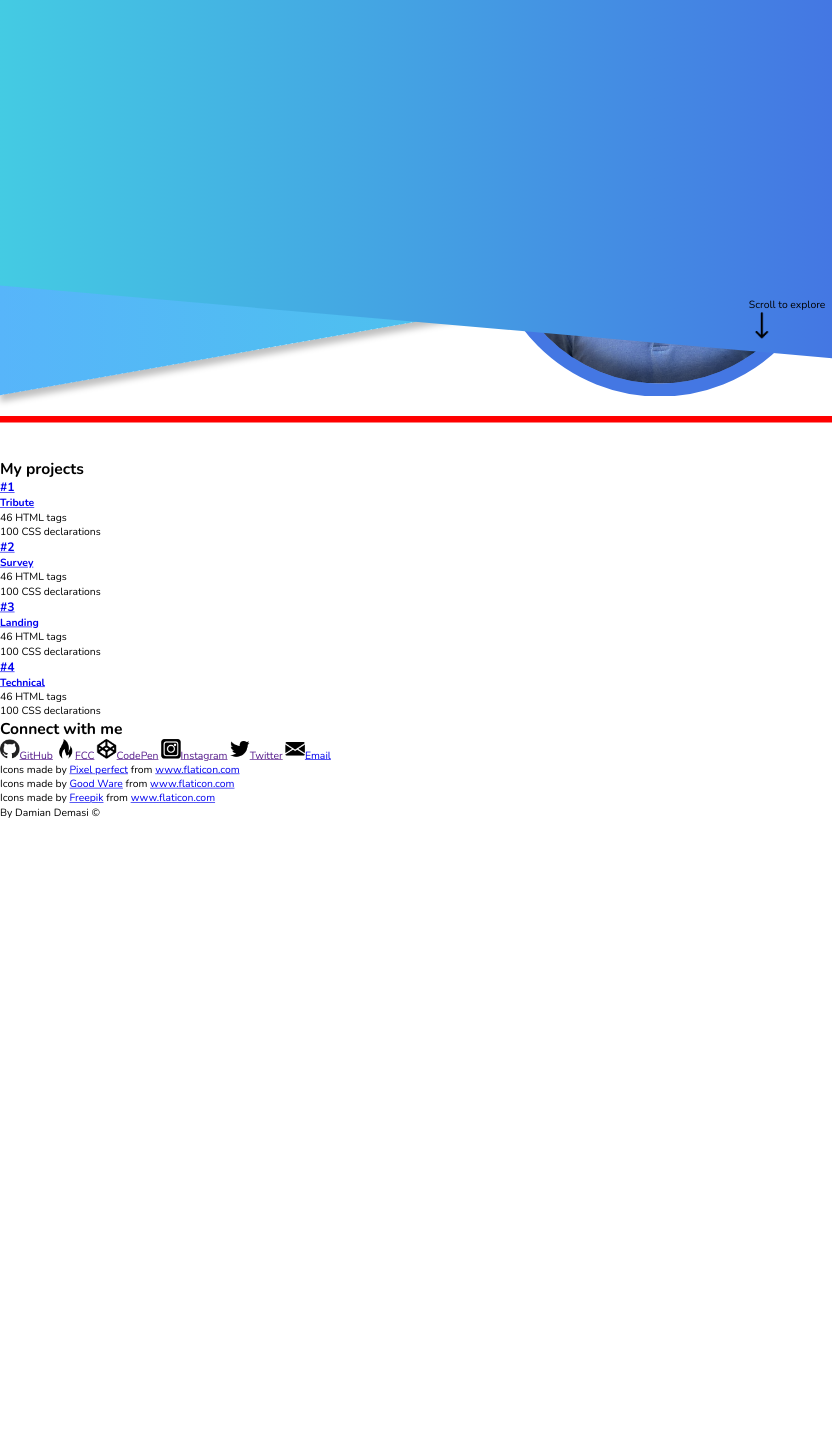
Repository: Colo-Codes/freecodecamp-05-Personal-Portfolio-Webpage
Page: index.html
The author's editor kept a copy of each file at every save. The page is drawn from the files as they stood at one save, then again after a run of saves.
The browser window is 1280 px wide. The pictures show the whole page, at 65% of full size.

Above is the page before, as saved 2021-06-03 14:16:10.

### index.html
<!DOCTYPE html>
<html lang="en">
<head>
    <meta charset="UTF-8">
    <meta http-equiv="X-UA-Compatible" content="IE=edge">
    <meta name="viewport" content="width=device-width, initial-scale=1.0">
    <link rel="preconnect" href="https://fonts.gstatic.com">
    <link href="https://fonts.googleapis.com/css2?family=Nunito:wght@300;400;700&display=swap" rel="stylesheet">
    <link rel="stylesheet" href="./css/index.css">
    <title>Personal Portfolio Webpage</title>
</head>
<body>
    <header>
        <navbar id="navbar">
            <div id="navbar-container">
                <ul id="navbar-flex-container">
                    <li class="navbar-flex-item">Hi!</li>
                    <li class="navbar-flex-item">Projects</li>
                    <li class="navbar-flex-item">Contact</li>
                </ul>
            </div>
        </navbar>
    </header>

    <section id="welcome-section">
            <div id="welcome-section-container">
                    <div id="hero-img" role="img" aria-label="Damian's profile picture: he has a hat, beard, and he is looking left while standing on a green field."></div>
                <div id="hero-text-container">
                    <h1>Hi, I'm <strong>Damian</strong></h1>
                    <p>a <strong>web developer</strong> located in Australia</p>
                </div>
            </div>
            <div id="top-layer"></div>
            <div id="bottom-layer">
                <div id="scroll-to-explore">
                    <p>Scroll to explore</p>
                    <img src="./img/down-arrow.png" alt="Arrow pointing down." height="40px">
                </div>
            </div>
    </section>

    <section id="projects">
        <h2>My projects</h2>

        <div class="project-card">
            <div class="project-tile">
                <a href="#project1"><h3>#1</h3><h4>Tribute</h4></a>
            </div>
            <p>46 HTML tags</p>
            <p>100 CSS declarations</p>
        </div>

        <div class="project-card">
            <div class="project-tile">
                <a href="#project1"><h3>#2</h3><h4>Survey</h4></a>
            </div>
            <p>46 HTML tags</p>
            <p>100 CSS declarations</p>
        </div>

        <div class="project-card">
            <div class="project-tile">
                <a href="#project1"><h3>#3</h3><h4>Landing</h4></a>
            </div>
            <p>46 HTML tags</p>
            <p>100 CSS declarations</p>
        </div>

        <div class="project-card">
            <div class="project-tile">
                <a href="#project1"><h3>#4</h3><h4>Technical</h4></a>
            </div>
            <p>46 HTML tags</p>
            <p>100 CSS declarations</p>
        </div>

    </section>

    <section id="contact">
        <h2>Connect with me</h2>
        <a href="" id="profile-link" target="_blank"><img src="./img/github.png" width="30px">GitHub</a>
        <a href="" id="profile-link-fcc" target="_blank"><img src="./img/fire.png" width="30px">FCC</a>
        <a href="" id="profile-link-codepen" target="_blank"><img src="./img/3d-outlined-shape.png" width="30px">CodePen</a>
        <a href="" id="profile-link-instagram" target="_blank"><img src="./img/instagram.png" width="30px">Instagram</a>
        <a href="" id="profile-link-twitter" target="_blank"><img src="./img/twitter.png" width="30px">Twitter</a>
        <a href="mailto:damian.demasi.1@gmail.com" id="profile-link-email" target="_blank"><img src="./img/email.png" width="30px">Email</a>
    </section>

    <footer>
        <div>Icons made by <a href="https://www.flaticon.com/authors/pixel-perfect" title="Pixel perfect">Pixel perfect</a> from <a href="https://www.flaticon.com/" title="Flaticon">www.flaticon.com</a></div>
        <div>Icons made by <a href="https://www.flaticon.com/authors/good-ware" title="Good Ware">Good Ware</a> from <a href="https://www.flaticon.com/" title="Flaticon">www.flaticon.com</a></div>
        <div>Icons made by <a href="https://www.freepik.com" title="Freepik">Freepik</a> from <a href="https://www.flaticon.com/" title="Flaticon">www.flaticon.com</a></div>
        <p>By Damian Demasi &copy;</p>
    </footer>
</body>
</html>

### css/index.css
/* @media */

/* The height of the welcome section should be equal to the height of the viewport. */

/* The navbar should always be at the top of the viewport. */

/* Border-box and font-size */
html {
    box-sizing: border-box;
    font-size: 16px;
}
body {
    font-family: 'Nunito', sans-serif;
}

/* Reset margins and set global values */

*, *::before, *::after {
    box-sizing: inherit;
    margin: 0;
    padding: 0;
}

/* Navbar */

#navbar {
    display: block;
    background-color: #4477E3;
    /* 1rem = 16px -> 18.75rem = 300px */
    height: 18.75rem;
    width: 100%;
    transform: skewY(5deg) translateY(-10rem);
    position: fixed;
    z-index: 4;
}
#navbar-container {
    max-width: 90rem;
    margin: auto;
}

#navbar-flex-container {
    display: flex;
    /* align-items: center; */
    /* justify-content: space-around; */
    height: 100%;
    transform: skewY(-5deg) translateY(5rem);
    z-index: 4;
}
.navbar-flex-item {
    list-style: none;
    margin: 6rem 0 0 8rem;
    font-style: normal;
    font-weight: bold;
    font-size: 1.125rem;
    text-transform: uppercase;
    color: white;
}

/* Hero */

#welcome-section-container {
    /* 1440px = 90rem */
    max-width: 90rem;
    height: 40rem;
    margin: auto;
    outline: 10px solid red;
    position: relative;
}

#hero-text-container h1 {
    padding-top: 17rem;
    margin-left: 8rem;
    font-size: 4.5rem;
    font-weight: 300;
    color: white;
}

#hero-text-container > p:last-of-type {
    margin: 20rem 0 0 8rem;
    font-size: 1.125rem;
    color: white;
    font-weight: 300;
}

#hero-text-container > img:last-of-type {
    margin: 1rem 0 0 8rem;
    filter: invert(1);
}

#hero-text-container > p:first-of-type {
    margin-left: 8rem;
    font-size: 2.25rem;
    color: white;
    font-weight: 300;
}

#hero-text-container {
    position: relative;
    z-index: 3;
}

#hero-img {
    top: 5rem;
    right: 0rem;
    border-radius: 50%;
    width: 33.125rem;
    height: 33.125rem;
    border: 20px solid #4477E3;
    background: url(../img/6D5BF231-2A3E-4029-9EFE-9C82AF0D506F_1_105_c.jpeg);
    background-position: center;
    background-size: contain;
    background-repeat: no-repeat;
    box-shadow: inset 0px 0px 25px 25px rgba(0, 0, 0, 0.5);
    position: absolute;
    z-index: 5;
}

#top-layer {
    background: #57B5FA; /* fallback for old browsers */
    background: -webkit-linear-gradient(to left, #44CBE3, #57B5FA);  /* Chrome 10-25, Safari 5.1-6 */
    background: linear-gradient(to left, #44CBE3, #57B5FA); /* W3C, IE 10+/ Edge, Firefox 16+, Chrome 26+, Opera 12+, Safari 7+ */
    /* 1rem = 16px -> 60.31rem = 865px + 100px */
    /* height: 60.31rem; */
    height: 100vh;
    width: 100%;
    transform: skewY(-10deg) translateY( -54.06rem );
    box-shadow: 0px 10px 10px rgba(0, 0, 0, 0.25);
    position: relative;
    z-index: 2;
}

#bottom-layer {
    background: #4477E3; /* fallback for old browsers */
    background: -webkit-linear-gradient(to right, #44CBE3, #4477E3);  /* Chrome 10-25, Safari 5.1-6 */
    background: linear-gradient(to right, #44CBE3, #4477E3); /* W3C, IE 10+/ Edge, Firefox 16+, Chrome 26+, Opera 12+, Safari 7+ */
    /* 1rem = 16px -> 54.06rem = 865px */
    height: 54.06rem;
    width: 100%;
    transform: skewY(5deg) translateY(-108.12rem); /* 54.06 * 2 */
    position: relative;
    z-index: 10;
}

#scroll-to-explore {
    position: relative;
    top: 90%;
    z-index: 10;
    margin-left: 90%;
    transform: skewY(-5deg);

}


/* Projects */

#projects {
    margin-top: -95rem;
}

After the next 2 saves:
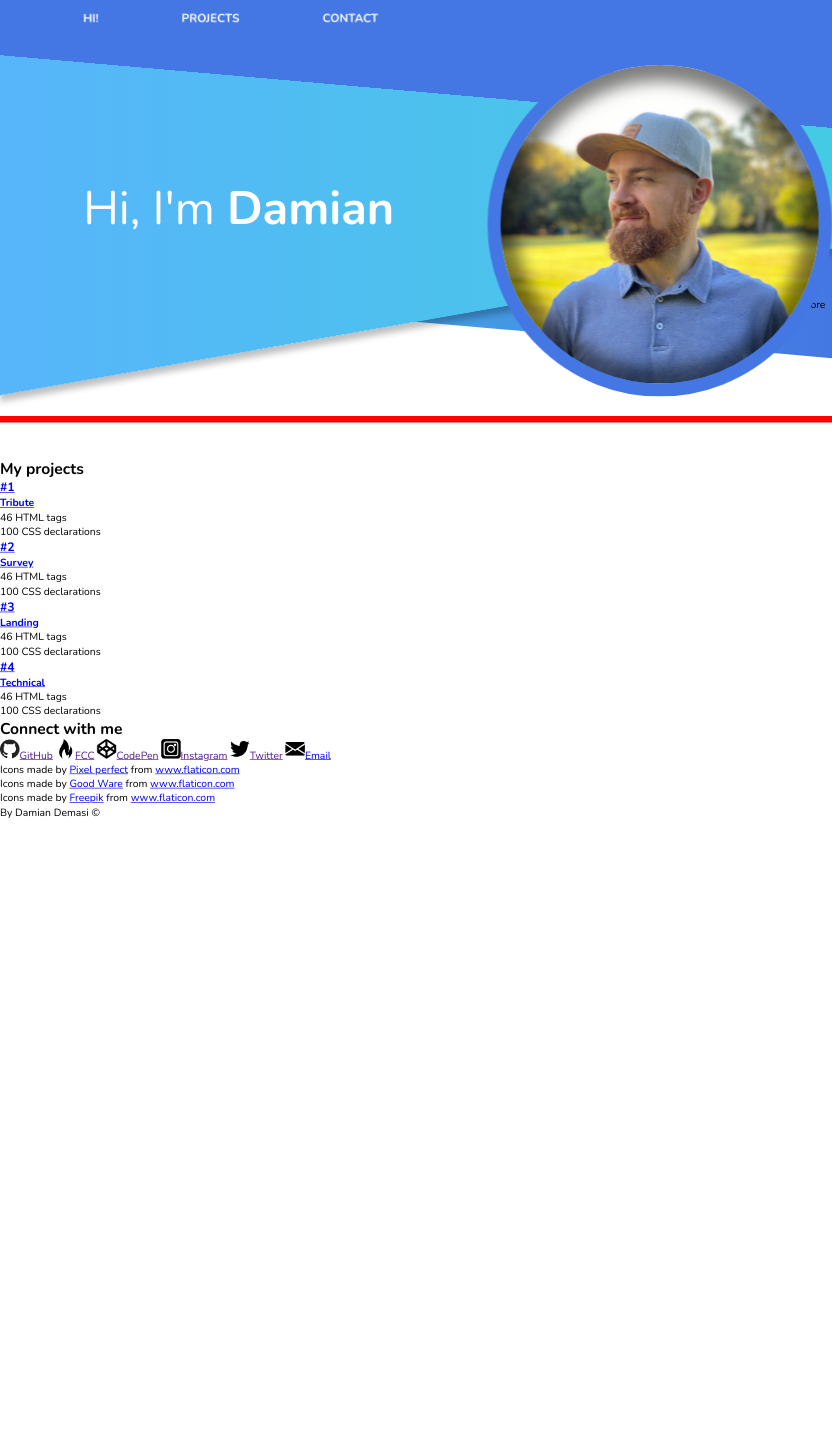
The 2 saves are shown as one change because they came seconds apart.
The last was saved 10 s later.
--- a/css/index.css
+++ b/css/index.css
@@ -138,13 +138,13 @@ body {
     width: 100%;
     transform: skewY(5deg) translateY(-108.12rem); /* 54.06 * 2 */
     position: relative;
-    z-index: 10;
+    z-index: 1;
 }
 
 #scroll-to-explore {
     position: relative;
     top: 90%;
-    z-index: 10;
+    /* z-index: 10; */
     margin-left: 90%;
     transform: skewY(-5deg);
 
